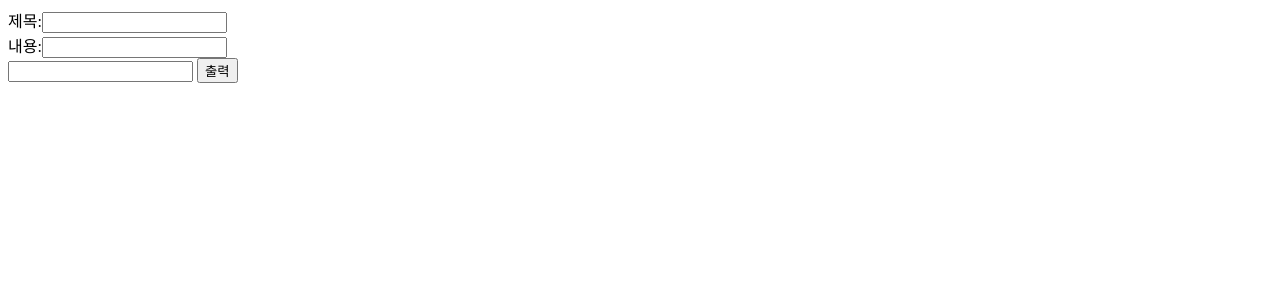
Repository: HimNahyeon/devClassBackup
Page: jsp/youtube_jsp/JSPPrj/WebContent/reg.html
These files come from the project's save history. The page is drawn as it stood at one moment and after the next save; the edit follows.
The browser window is 1280 px wide. The pictures show the whole page.

Above is the page before, as saved 2021-10-27 15:11:36.

After the next save:
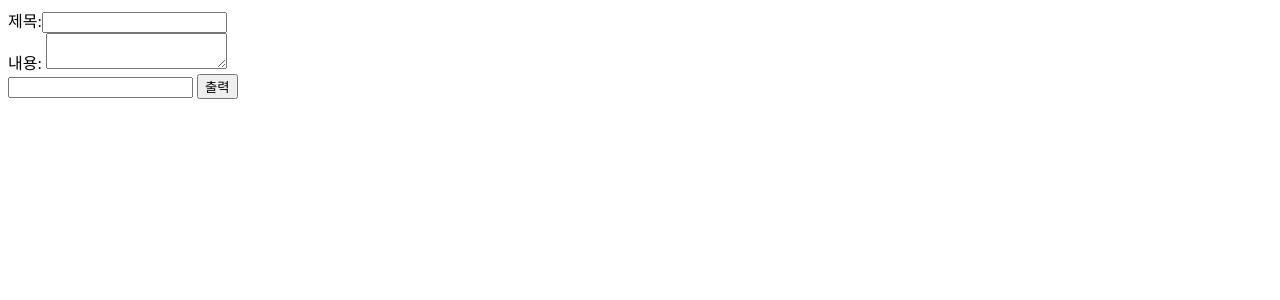
Saved 10 s later.
--- a/jsp/youtube_jsp/JSPPrj/WebContent/reg.html
+++ b/jsp/youtube_jsp/JSPPrj/WebContent/reg.html
@@ -11,7 +11,8 @@
 				<label>제목:</label><input type= "text">
 			</div>
 			<div>
-				<label>내용:</label><input type= "text">
+				<label>내용:</label>
+				<textarea></textarea>
 			</div>
 			<div>
 				<input type="text" name="cnt"/>
